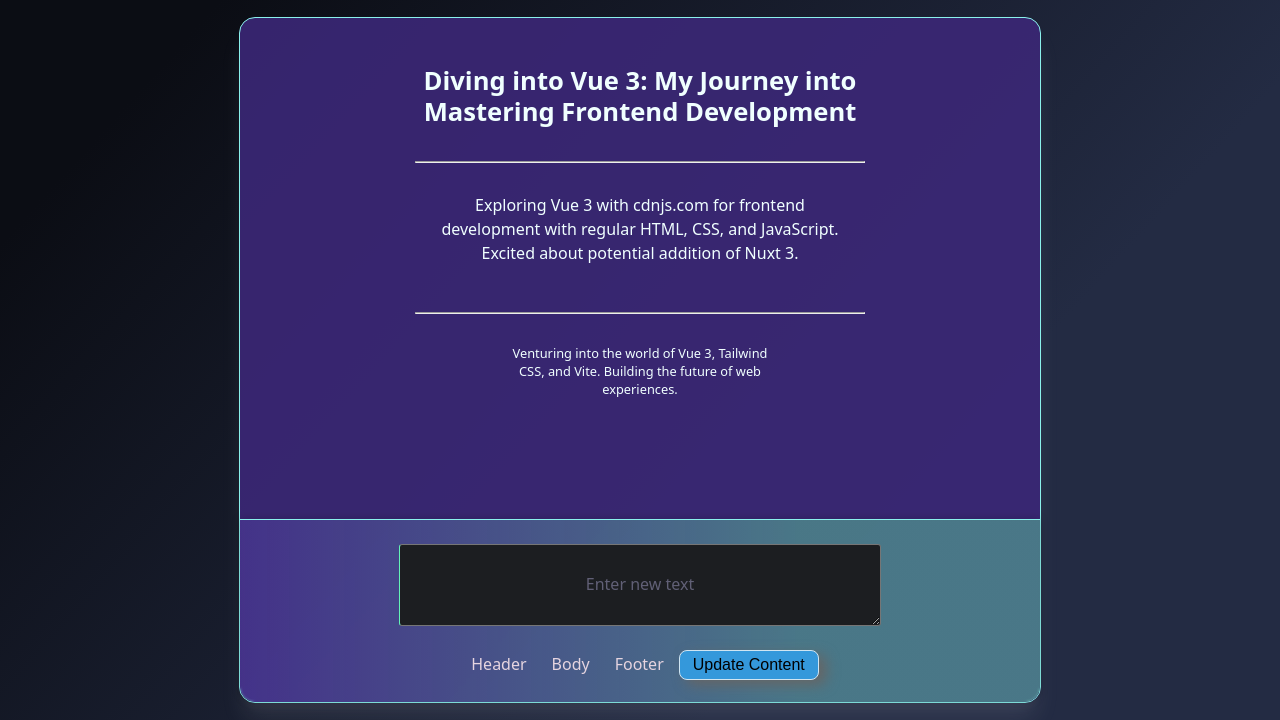
Repository: Freezler/AnnounceCraft
Page: index.html
These files come from the project's save history. The page is drawn as it stood at one moment and after a run of saves; the edit follows.
The browser window is 1280 px wide. The pictures show the whole page.

Above is the page before, as saved 2024-01-22 15:18:37.

### index.html
<!DOCTYPE html>
<html lang="en">

<head>
	<meta charset="UTF-8" />
	<meta name="viewport" content="width=device-width, initial-scale=1.0" />
	<title>Shopping List App</title>
	<link rel="stylesheet" href="style.css" />
</head>

<body>
	<section id="shopping-list">

		<div class="choice-box" >
			<textarea v-model="selectedText" type="text" minlength="10" maxlength="40" required
				placeholder="Enter new text"></textarea>
			<div class="radio-container">
				<input class="btn" type="radio" id="header" value="Header" v-model="selectedType"
					@change="updateTempContent">
				<label for="header">Header</label>
				<input class="btn" type="radio" id="body" value="Body" v-model="selectedType"
					@change="updateTempContent">
				<label for="body">Body</label>
				<input class="btn" type="radio" id="footer" value="Footer" v-model="selectedType"
					@change="updateTempContent">
				<label for="footer">Footer</label>
				<button @click="updateText" class="btn">Update Content</button>
			</div>
		</div>
		<div class="content">
			<h1 @click="updateSelectedType('Header'); updateSelectedText(header)">{{ header }}</h1>
			<hr>
			<p @click="updateSelectedType('Body'); updateSelectedText(body)">{{ body }}</p>
			<hr>
			<h4 @click="updateSelectedType('Footer'); updateSelectedText(footer)">{{ footer }}</h4>
		</div>
	</section>
	<script src="https://unpkg.com/vue@3"></script>
	<script src="app.js"></script>
</body>

</html>

### style.css
body {
    margin: 0;
    padding: 0;
    font-family: system-ui, -apple-system, BlinkMacSystemFont, 'Segoe UI', Roboto, Oxygen, Ubuntu, Cantarell, 'Open Sans', 'Helvetica Neue', sans-serif;
    background: linear-gradient(132.1deg, rgb(11, 13, 20) 11.4%, rgb(35, 43, 67) 70.2%);
    color: azure;
    text-align: center;
    height: 100vh;
    display: flex;
    flex-direction: column;
    justify-content: space-evenly;
    align-items: center;

}

section {
    height: 95%;
    border: 0.6px solid #8af1ec;
    border-radius: 16px;
    padding: 0 16px;
    max-width: 60vw;
    background-color: hsla(255, 51%, 31%, 0.9);
    text-align: center;
    position: absolute;
    box-shadow: rgba(223, 225, 240, 0.1) 0px 20px 25px -5px, rgba(228, 225, 225, 0.05) 0px 10px 10px -5px;
}

h1 {
    font-size: clamp(0.9rem, 2vw, 1.7rem);
    line-height: 1.2;
    padding-bottom: 1.2rem;
    width: 32ch;
    margin: 16px auto -16px;
    word-wrap: pretty;
}

h1:hover {

    transform: scale(1.05);
    color: hsla(219, 87%, 27%, 0.9);
    transition: all 5s cubic-bezier(0.215, 0.610, 0.355, 1);
    text-align: center;
    margin:0 auto;
    padding:0;
}

h4 {
    font-size: clamp(0.3rem, 2vw, 0.8rem);
    font-weight: 100;
    width: 35ch;
    vertical-align: middle;
    margin: 0 auto;
    padding-bottom: 24px;
    text-align: center;
    word-wrap: balanced;
}

p {
    font-size: clamp(0.6rem, 2vw, 1rem);
    line-height: 1.6;
    width: 45ch;
    line-height: 1.5;
    margin: 0 auto;
    padding: 0px 0px 1rem;
    text-wrap: balance;
    text-align: center;
}

hr {

    width: 35vw;
    align-self: center;

}

label {
    display: block;
    color: #e6d5e0;
}

.radio-container input[type="radio"] {
    display: none;

}

.radio-container input[type="radio"]:hover {
    background: #b984e8;

}

.radio-container input[type="radio"]+label {
    display: inline-block;
    padding: 5px 10px;

    border-radius: 8px;
    margin-right: 5px;
    cursor: pointer;
}

.radio-container input[type="radio"]:checked+label {
    background-color: #e0e0e0;
    color: rgb(40, 4, 4);
}

.content {
    display: flex;
    flex-direction: column;
    gap: clamp(1.4rem, 1vw, 2rem);
    width: 60vw;
    ;
    padding: 2rem 0;
}

.choice-box {
    position: absolute;

    background-position: center;
    background-image: url('https://images.unsplash.com/photo-1515325915697-9279b4f7effc?q=80&w=2532&auto=format&fit=crop&ixlib=rb-4.0.3&ixid=M3wxMjA3fDB8MHxwaG90by1wYWdlfHx8fGVufDB8fHx8fA%3D%3D');
    background: linear-gradient(90deg, hsla(249, 83%, 67%, 0.2), hsla(249, 83%, 67%, 0.2)0 0%, hsla(149, 83%, 67%, 0.4)70%);
    display: flex;
    flex-direction: column;
    gap: 8px;
    justify-content: space-between;
    break-before: always;
    margin: 0rem auto;
    bottom: 0;
    left:0;
    border-top: 0.6px solid #8af1ec;
    border-bottom-left-radius: 16px;
    border-bottom-right-radius: 16px;
    padding-top: 24px;
    padding-bottom: 16px;


    backdrop-filter: blur(1px);

    box-shadow: 0 0 10px rgba(0, 0, 0, 0.2);
    width: calc(60vw + 32px);

    textarea {
        width: 60%;
        color: rgb(233, 232, 243);
        background-color: #1c1e21;
        border-left: 1px solid #64f3b7;
        border-radius: 3px;
        font-size: 16px;
        font-family: system-ui, -apple-system, BlinkMacSystemFont, 'Segoe UI', Roboto, Oxygen, Ubuntu, Cantarell, 'Open Sans', 'Helvetica Neue', sans-serif;
        margin: 0 auto;
       padding: 16px 0px;
       padding-top: 1.2rem;
       text-align: center;
            justify-content: baseline;
        overflow: hidden;
        outline: none;
        vertical-align: middle;

        &::placeholder {
            color: rgb(97, 96, 118);
            text-align: center;
            justify-content: baseline;
            padding-top: 0.5rem;
        }

        &:focus {
            border-color: #f0f3f6;
            box-shadow: 0 0 0 0.1rem rgba(255, 0, 76, 0.65);
            text-align: center;

        }

        &::valid {
            background-color: #28924b;
        }
    }
}

.btn {
    -webkit-border-radius: 4;
    -moz-border-radius: 4;
    border-radius: 8px;
    -webkit-box-shadow: 7px 5px 13px #666666;
    -moz-box-shadow: 7px 5px 13px #666666;
    box-shadow: 7px 5px 13px #666666;
    color: #000000;
    font-size: 16px;
    background: #3498db;
    padding: 5px 10px;
    border: solid #d0e5f2 1px;
    text-decoration: none;
    width: 140px;
    margin: 1rem auto .4rem;
}

.btn:hover {
    background: #b984e8;
    text-decoration: none;
}

### app.js
const shoppingList = Vue.createApp({
    /**
     * Returns an object with header, body, footer, selectedText, selectedType, and tempContent properties.
     *
     * @return {Object} The object containing header, body, footer, selectedText, selectedType, and tempContent properties.
     */
    data() {
        return {
            header: "Diving into Vue 3: My Journey into Mastering Frontend Development",
            body: "Exploring Vue 3 with cdnjs.com for frontend development with regular HTML, CSS, and JavaScript. Excited about potential addition of Nuxt 3.",
            footer: "Venturing into the world of Vue 3, Tailwind CSS, and Vite. Building the future of web experiences.",
            selectedText: "",
            selectedType: "",
            tempContent: { type: "", text: "" }
        };
    },
    methods: {
        /**
         * Updates the temporary content based on the selected type and text.
         */
        updateTempContent() {
            if (this.selectedText === "") {
                this.selectedType = "";
                alert("Please enter text first");
            } else {
                if (this.selectedType !== undefined) {
                    this.tempContent.type = this.selectedType;
                }
                if (this.selectedText !== undefined) {
                    this.tempContent.text = this.selectedText;
                }
            }
        },

        /**
         * Updates the header, body, and footer based on the type and text from this.tempContent.
         */
        updateText() {
            const { type, text } = this.tempContent;
            if (type === "Header") {
                this.header = text;
            }
            if (type === "Body") {
                this.body = text;
            }
            if (type === "Footer") {
                this.footer = text;
            }
            this.selectedType = "";
            this.selectedText = "";
        }
    }
}).mount("#shopping-list");

After the next 2 saves:
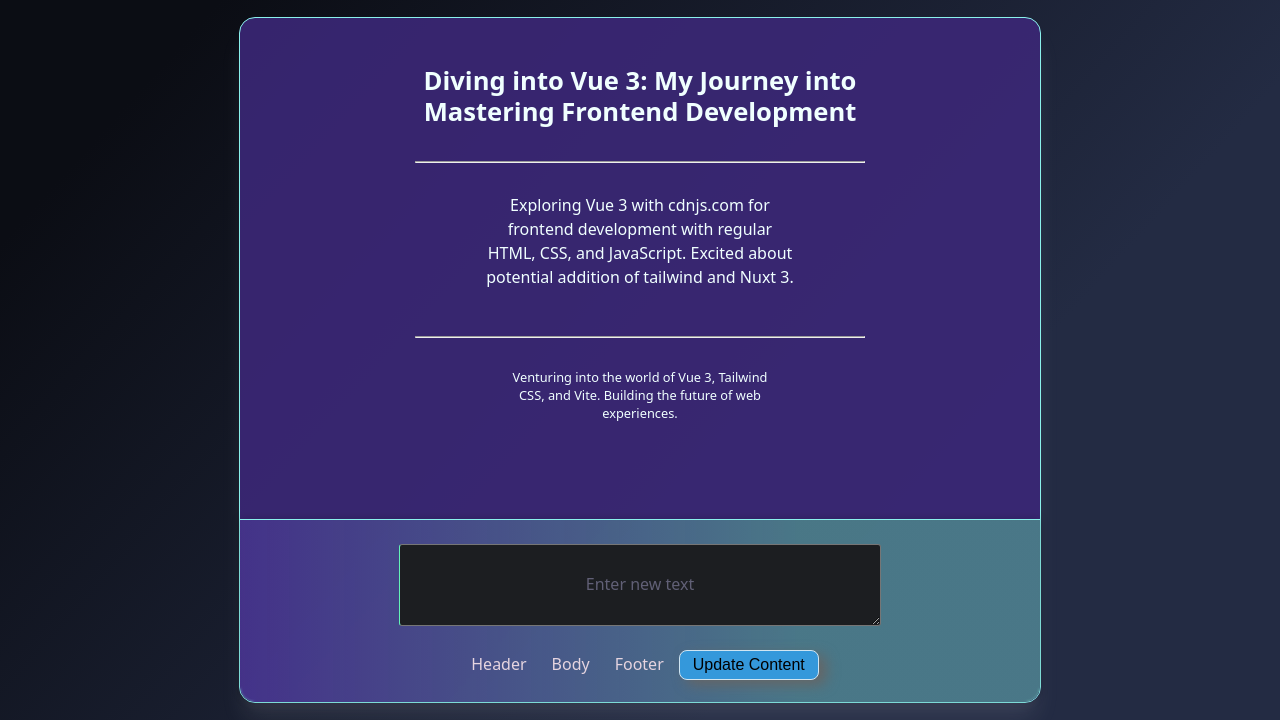
The 2 saves are shown as one change because they came seconds apart.
The last was saved 28 s later.
--- a/app.js
+++ b/app.js
@@ -7,7 +7,7 @@
     data() {
         return {
             header: "Diving into Vue 3: My Journey into Mastering Frontend Development",
-            body: "Exploring Vue 3 with cdnjs.com for frontend development with regular HTML, CSS, and JavaScript. Excited about potential addition of Nuxt 3.",
+            body: "Exploring Vue 3 with cdnjs.com for frontend development with regular HTML, CSS, and JavaScript. Excited about potential addition of tailwind and Nuxt 3.",
             footer: "Venturing into the world of Vue 3, Tailwind CSS, and Vite. Building the future of web experiences.",
             selectedText: "",
             selectedType: "",
